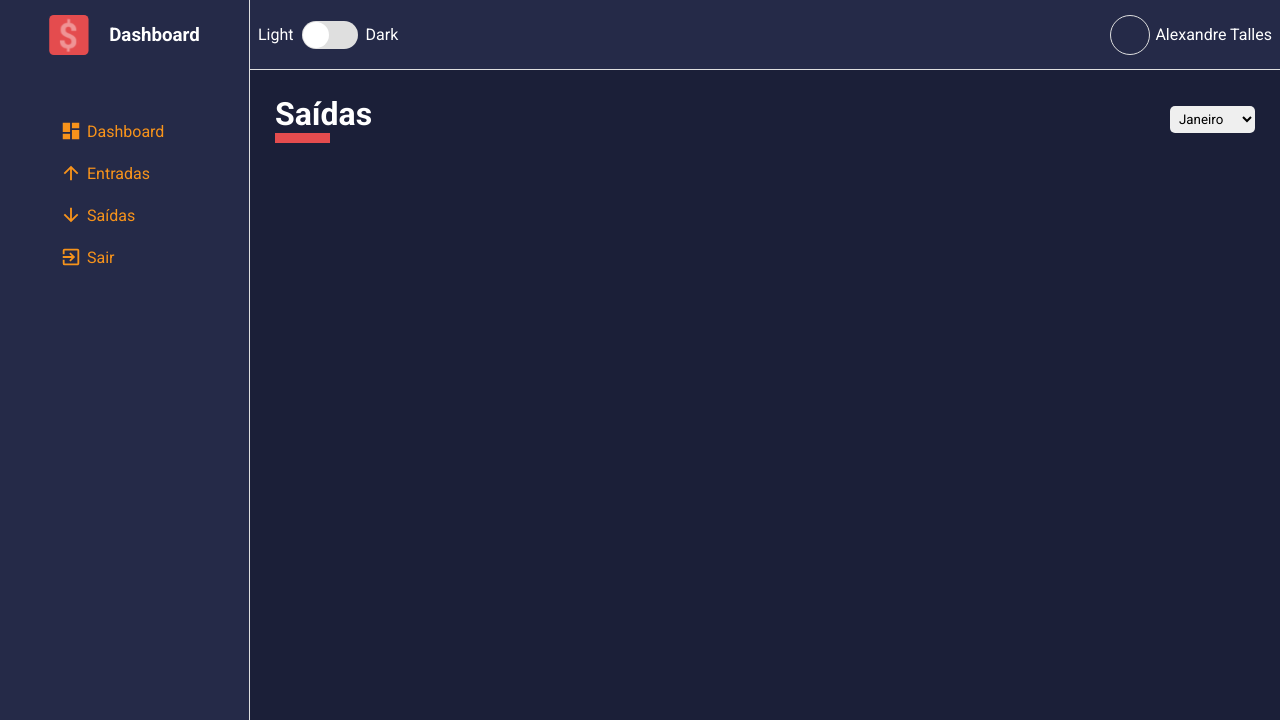
Repository: XFERRER7/dashboard
Page: /
These files come from the project's save history. The page is drawn as it stood at one moment and after a run of saves; the edit follows.
The browser window is 1280 px wide. The pictures show the whole page.
The project was rebuilt for these pictures with package versions that can differ from the ones it lists, and the page was loaded fresh each time. Also part of the build but not shown: vite.config.ts.

Above is the page before, as saved 2022-07-11 16:40:05.

### index.html
<!DOCTYPE html>
<html lang="pt-br">

<head>
  <meta charset="UTF-8" />
  <meta name="viewport" content="width=device-width, initial-scale=1.0" />
  <link rel="shortcut icon" href="src/assets/Logo.svg" type="image/x-icon">
  <link rel="preconnect" href="https://fonts.googleapis.com">
  <link rel="preconnect" href="https://fonts.gstatic.com" crossorigin>
  <link href="https://fonts.googleapis.com/css2?family=Roboto:wght@400;500;700&display=swap" rel="stylesheet">
  <title>Dashboard</title>
</head>

<body>
  <div id="root"></div>
  <script type="module" src="/src/main.tsx"></script>
</body>

</html>

### src/main.tsx
import React from 'react'
import ReactDOM from 'react-dom/client'
import {App} from './App'

ReactDOM.createRoot(document.getElementById('root')!).render(
  <React.StrictMode>
    <App />
  </React.StrictMode>
)

### src/App.tsx
import Global from "./styles/Global"
import { Layout } from './components/Layout'
import { ThemeProvider } from 'styled-components'
import dark from './styles/Themes/dark'
import light from './styles/Themes/light'
import { Dashboard } from "./pages/Dashboard"
import { List } from "./pages/List"

export const App = () => {
  return (
    <div>
      <ThemeProvider theme={dark}>
        <Global />
        <Layout>
          <List/>
        </Layout>
      </ThemeProvider>
    </div>
  )
}

### src/styles/Global.ts
import { createGlobalStyle } from 'styled-components'

export default createGlobalStyle`

  * {
    margin: 0;
    padding: 0;
    box-sizing: border-box;
  }

  html, body, #root {
    height: 100%;
  }

  *, button, input {
    border: 0;
    outline: 0;
    font-family: 'Roboto', sans-serif;
  }

  button {
    cursor: pointer;
  }

`;

### src/components/Layout/index.tsx
import { Container } from './Styles'
import { MainHeader } from '../MainHeader'
import { Content } from '../Content'
import { Aside } from '../Aside'
import { ReactNode } from 'react';

interface BaseLayoutProps {
  children?: ReactNode;
}


export const Layout = ({ children }: BaseLayoutProps) => {
  return (
    <Container>
      <MainHeader />
      <Aside />
      <Content>
        {children}
      </Content>
    </Container>
  )
}

### src/styles/Themes/dark.ts
export default {
  title: 'dark',

  colors: {
    primary: '#1B1F38',
    secondary: '#252A48',
    tertiary: '##313862',

    white: '#fff',
    black: '#000',
    gray: '#dfdfdf',

    sucess: '#4E41F0',
    info: '#F7931B',
    warning: '#E44C4E'


  }
}

### src/pages/List/index.tsx
import React from 'react'
import { HeaderContent } from '../../MiniComponents/headerContent'
import { Select } from '../../MiniComponents/select'
import { Container } from './styles'

export const List = () => {

  const options = [
    {
      value: 'Janeiro',
      label: 'Janeiro'
    },
    {
      value: 'Fevereiro',
      label: 'Fevereiro'
    },
    {
      value: 'Março',
      label: 'Março'
    }

  ]

  return (
    <Container>
      <HeaderContent titulo={'Saídas'} lineColor={'#E44C4E'}>
        <Select option={options}/>
      </HeaderContent>
    </Container>
  )
}

### src/components/Layout/Styles.ts
import styled from "styled-components"

export const Container = styled.div`
  display: grid;
  grid-template-columns: 250px auto;
  grid-template-rows: 70px auto;

  grid-template-areas:
  'AS MH'
  'AS CT';
  height: 100vh;

`

### src/components/MainHeader/index.tsx

import { Toggle } from '../../MiniComponents/Toggle'
import {
  Container,
  Profile,
  UserName,
  ImgUser
}
  from './Styles'


export const MainHeader = () => {

  return (
    <Container>
      <Toggle/>

      <Profile>
        <ImgUser/>
        <UserName>Alexandre Talles</UserName>

      </Profile>
    </Container>
  )
}

### src/components/Content/index.tsx
import { ReactNode } from 'react';
import { Container } from './Styles'

interface BaseLayoutProps {
  children?: ReactNode;
}

export const Content = ({ children }: BaseLayoutProps) => {
  return (
    <Container>
      {children}
    </Container>
  )
}

### src/components/Aside/index.tsx
import {
  Container,
  Header,
  Title,
  ImgLogo,
  Menu,
  ItemMenu
} from './Styles'
import logo from '../../assets/Logo.svg'
import {
  MdDashboard,
  MdArrowDownward,
  MdArrowUpward,
  MdExitToApp
} from 'react-icons/md'

export const Aside = () => {
  return (
    <Container>
      <Header>
        <ImgLogo src={logo} alt="Logo dashboard" />
        <Title>Dashboard</Title>
      </Header>
      <Menu>
        <ItemMenu href="#">
          <MdDashboard />
          Dashboard
        </ItemMenu>
        <ItemMenu href="#">
          <MdArrowUpward />
          Entradas
        </ItemMenu>
        <ItemMenu href="#">
          <MdArrowDownward />
          Saídas
        </ItemMenu>
        <ItemMenu href="#">
          <MdExitToApp />
          Sair
        </ItemMenu>
      </Menu>
    </Container>
  )
}

### src/MiniComponents/headerContent/index.tsx
import {
  Container,
  TitleContainer,
  Controller
} from './styles'

import { Select } from '../../MiniComponents/select'

interface IHeaderContentProps {
  titulo: string;
  lineColor: string;
  children: React.ReactNode;
}

export const HeaderContent = ({titulo, lineColor, children}: IHeaderContentProps) => {


  return (
    <Container>
      <TitleContainer lineColor={lineColor}>
        <h1>{titulo}</h1>
      </TitleContainer>
      <Controller>
        {children}
      </Controller>
    </Container>
  )
}

### src/MiniComponents/select/index.tsx
import React, { FC } from 'react'
import { Container } from './styles'

interface IselectProps {
  option: {
    value: string | number;
    label: string | number;
  }[],
}

export const Select = ({option}: IselectProps) => {
  return (

    <Container>
      <select>
        {
          option.map(option => <option key={option.value} value={option.value}>{option.label}</option>)
        }
      </select>
    </Container>
  )
}

### src/pages/List/styles.ts
import styled from "styled-components";

export const Container = styled.div`

`

### src/MiniComponents/Toggle/index.tsx
import React, { useState } from 'react'
import { Container, ToggleLabel, ToggleSelector } from './styles'


export const Toggle = () => {

  const [on, setOn] = useState(false);

  return (
    <Container>
      <ToggleLabel>
        Light
      </ToggleLabel>
      <ToggleSelector
        checked={on }
        uncheckedIcon={false}
        checkedIcon={false}
        onChange={() => setOn(!on)}
      />
      <ToggleLabel>
        Dark
      </ToggleLabel>
    </Container>
  )
}

### src/components/MainHeader/Styles.ts
import styled from "styled-components"

export const Container = styled.div`
  grid-area: MH;
  color: ${props => props.theme.colors.white};
  background-color: ${props => props.theme.colors.secondary};
  display: flex;
  justify-content: space-between;
  align-items: center;
  padding: 8px;
  border-bottom: 1px solid ${props => props.theme.colors.gray};
`

export const Profile = styled.div`
  display: flex;
  align-items: center;
  justify-content: center;
  gap: 5px;
`

export const UserName = styled.div`

`

export const ImgUser = styled.div`
  height: 40px;
  width: 40px;
  border-radius: 50%;
  border: 1px solid ${props => props.theme.colors.gray};
`

### src/components/Content/Styles.ts
import styled from "styled-components"

export const Container = styled.div`
  grid-area: CT;
  color: ${props => props.theme.colors.white};
  background-color: ${props => props.theme.colors.primary};
  padding: 25px;
`

### src/components/Aside/Styles.ts
import styled from "styled-components"

export const Container = styled.div`
  grid-area: AS;
  color: ${props => props.theme.colors.white};
  background-color: ${props => props.theme.colors.secondary};
  border-right: 1px solid ${props => props.theme.colors.gray};
`

export const Header = styled.div`
  height: 70px;
  display: flex;
  align-items: center;
  justify-content: center;
  gap: 20px;
`
export const Title = styled.h3`

`
export const ImgLogo = styled.img`
  height: 40px;
  width: 40px;
`
export const Menu = styled.nav`
  display: flex;
  flex-direction: column;
  justify-content: center;
  gap: 20px;
  margin-top: 50px;
  margin-left: 60px;
`
export const ItemMenu = styled.a`
  text-decoration: none;
  color: ${props => props.theme.colors.info};
  transition: 0.1s all ease;
  display: flex;
  align-items: center;
  gap: 5px;


  &:hover {
    opacity: .8;
  }

  > svg {
    font-size: 22px;
  }
`

### src/MiniComponents/headerContent/styles.ts
import styled from "styled-components";

interface ItitleContainerProps {
  lineColor: string;
}


export const Container = styled.div`
  display: flex;
  justify-content: space-between;
`

export const TitleContainer = styled.div<ItitleContainerProps>`


  > h1 {

    color: ${props => props.theme.colors.white};
    &::after {
    content: '';
    display: block;
    width: 55px;
    border-bottom: 10px solid ${props => props.lineColor};
  }
  }

`
export const Controller = styled.div`
  display: flex;
  gap: 5px;
  align-items: center;
`

### src/MiniComponents/select/styles.ts
import styled from "styled-components";

export const Container = styled.div`

  > select {
    padding: 5px;
    border-radius: 5px;
  }
`

### src/MiniComponents/Toggle/styles.ts
import styled from "styled-components";
import Switch, { ReactSwitchProps } from 'react-switch'

export const Container = styled.div`
  display: flex;
  align-items: center;
`

export const ToggleLabel = styled.span`
  color: ${props => props.theme.colors.white};

`

export const ToggleSelector = styled(Switch).attrs<ReactSwitchProps>(
  ({ theme }) => ({
    onColor: theme.colors.primary,
    offColor: theme.colors.gray
  })) <ReactSwitchProps>`
  margin: 0 8px;

`;

### src/components/CardFinance/index.tsx

import { Toggle } from '../../MiniComponents/Toggle'
import {
  Container,

}
  from './Styles'


export const CardFinance = () => {

  return (
    <Container>
      <h1>CardFinance</h1>
    </Container>
  )
}

### src/components/CardFinance/Styles.ts
import styled from "styled-components"

export const Container = styled.div`

`

After the next 2 saves:
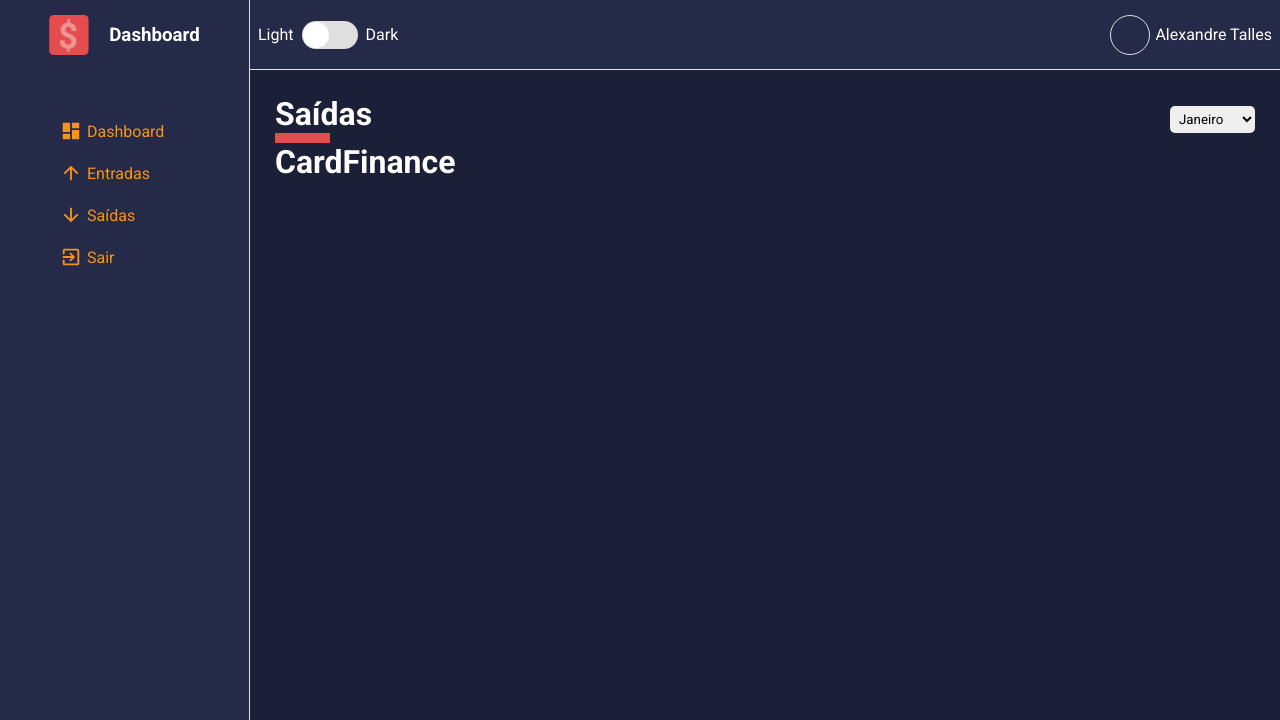
The 2 saves are shown as one change because 1 did not build or start.
The last was saved 18 s later.
--- a/src/pages/List/index.tsx
+++ b/src/pages/List/index.tsx
@@ -1,4 +1,5 @@
 import React from 'react'
+import { CardFinance } from '../../components/CardFinance'
 import { HeaderContent } from '../../MiniComponents/headerContent'
 import { Select } from '../../MiniComponents/select'
 import { Container } from './styles'
@@ -26,6 +27,7 @@ export const List = () => {
       <HeaderContent titulo={'Saídas'} lineColor={'#E44C4E'}>
         <Select option={options}/>
       </HeaderContent>
+      <CardFinance/>
     </Container>
   )
 }
